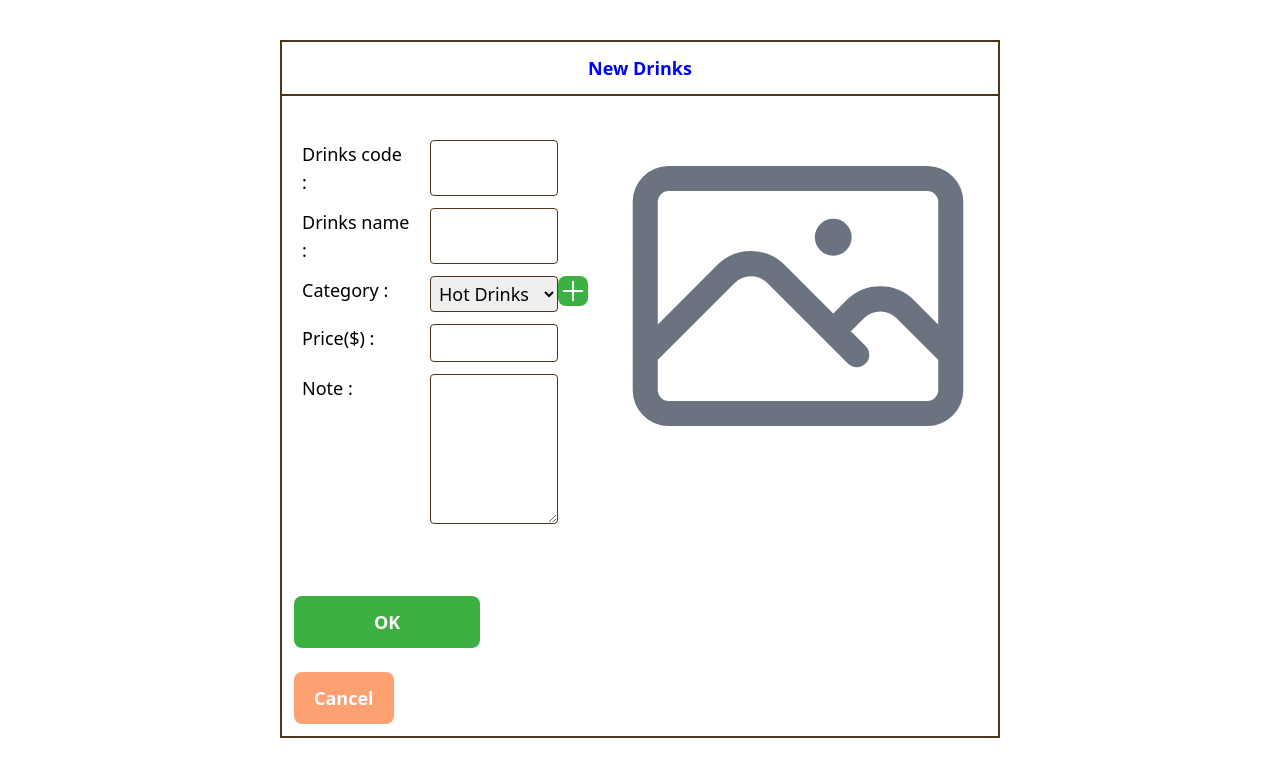
Repository: Dapravith/Midterm-SE-GIC-Cafe-Project-Group16
Page: bin/main/templates/addDrink.html
The author's editor kept a copy of each file at every save. The page is drawn from the files as they stood at one save, then again after the next save.
The browser window is 1280 px wide. The pictures show the whole page.
Some web libraries are served in a nearby version.

Above is the page before, as saved 2023-05-17 08:39:10.

### bin/main/templates/addDrink.html
<!DOCTYPE html>
<html lang="en">

<head>
    <meta charset="UTF-8">
    <meta http-equiv="X-UA-Compatible" content="IE=edge">
    <meta name="viewport" content="width=device-width, initial-scale=1.0">
    <title>Add New Drink</title>
    <script src="https://cdn.tailwindcss.com"></script>
    <style>
        * {
            margin: 0;
            padding: 0;
            box-sizing: border-box;
        }

        button:hover {
            box-shadow: 0 14px 15px 0 rgba(36, 149, 198, 0.921), 0 17px 60px 0 rgba(90, 81, 81, 0.19);
        }

        .text-center {
            color: blue;
            justify-content: center;
            font-weight: bold;
        }
    </style>
</head>

<body class="m-10 text-lg">
    <!-- CRUD PRODUCTS -->
    <div class="new_drink w-[60%] h-fit m-auto  border-[2px] border-solid border-[#4B371C] ">
        <div class="p-3 head">
            <h2 class="text-center">New Drinks</h2>
        </div>
        <div class="w-[100%] border-[1px] border-solid border-[#4B371C]"></div>
        <div class="flex">
            <div class="add_drink w-[60%]">
                <div class="py-3 ">
                    <form action="#" class="p-5 ">
                        <div class="grid grid-cols-2 mt-3">
                            <label class="mr-5" for="dcode">Drinks code :</label>
                            <input type="text" id="dcode" name="" class="p-1 border-[1px] border-solid border-[#4B371C] rounded" placeholder="">
                        </div>
                        <div class="grid grid-cols-2 mt-3">
                            <label class="mr-5" for="dname">Drinks name :</label>
                            <input type="text" id="dname" name="" class="p-1 border-[1px] border-solid border-[#4B371C] rounded" placeholder="">
                        </div>
                        <div class="grid grid-cols-2 mt-3">
                            <label class="mr-5" for="category">Category :</label>
                            <div class="flex justify-between">
                                <select type="add-item" id="category" name="" class="p-1 border-[1px] border-solid border-[#4B371C] rounded" placeholder="">
                                    <option value="1">Hot Drinks</option >
                                    <option value="2" >Cool Drinks</option >
                                    <option value="3" >Frappe</option >
                                    <option value="4" >Milk Tea</option >
                                </select>
                                <button id="add_category" class=" w-fit h-fit bg-[#3CB043] text-center text-white font-bold cursor-pointer duration-100 rounded-lg">
                                    <svg xmlns="http://www.w3.org/2000/svg" fill="none" viewBox="0 0 24 24" stroke-width="1.5" stroke="currentColor" class="w-[30px] h-[30px] " onclick="showPopup()">
                                        <path stroke-linecap="round" stroke-linejoin="round" d="M12 4.5v15m7.5-7.5h-15" />
                                    </svg>
                                </button>

                            </div>

                        </div>

                        <div class="grid grid-cols-2 mt-3">
                            <label class="mr-5" for="price">Price($) :</label>
                            <input name="" min="0" type="number" id="price" class="p-1 border-[1px] border-solid border-[#4B371C] rounded" placeholder="">
                        </div>
                        <div class="grid grid-cols-2 mt-3">
                            <label class="mr-5" for="note">Note :</label>
                            <textarea id="note" cols="50" rows="5" name="" class="p-1 w-full border-[1px] border-solid border-[#4B371C] rounded resize-x"> </textarea>
                        </div>
                    </form>
                </div>
                <br />
                <div>
                    <button class=" py-3 bg-[#3CB043] text-center text-white font-bold px-20 m-3 inline-block cursor-pointer duration-100 rounded-lg">OK</button>
                    <button class=" py-3 px-5 bg-[#FDA172] text-center text-white  font-bold p-3 m-3 inline-block cursor-pointer duration-100 rounded-lg">Cancel</button>
                </div>
            </div>
            <!-- images -->
            <div class="ml-5 img">
                <form action="#">
                    <input id="file-input" type="file" name="file" hidden accept="image/*">
                    <label for="file-input" class="cursor-pointer">
                        <div id="image-preview" class="w-[400px] h-fit p-3 border-[#4B371C]">
                            <svg xmlns="http://www.w3.org/2000/svg" fill="none" viewBox="0 0 24 24" stroke-width="1.6" stroke="currentColor" class="w-full h-full text-gray-500">
                                <path stroke-linecap="round" stroke-linejoin="round" d="M2.25 15.75l5.159-5.159a2.25 2.25 0 013.182 0l5.159 5.159m-1.5-1.5l1.409-1.409a2.25 2.25 0 013.182 0l2.909 2.909m-18 3.75h16.5a1.5 1.5 0 001.5-1.5V6a1.5 1.5 0 00-1.5-1.5H3.75A1.5 1.5 0 002.25 6v12a1.5 1.5 0 001.5 1.5zm10.5-11.25h.008v.008h-.008V8.25zm.375 0a.375.375 0 11-.75 0 .375.375 0 01.75 0z" />
                            </svg>
                        </div>
                    </label>
                </form>
            </div>
        </div>
    </div>
    </div>
    </div>
    </div>
    <!-- ADD NEW CATEGORY -->
    <div class="popup w-[100vw] h-[100vh] absolute top-[0] left-[0] bg-[#f1f1f199] hidden z-[100]">
        <main class="w-[20rem] absolute top-[50%] left-[50%] translate-x-[-50%] translate-y-[-50%]">
            <div class="none w-full h-fit m-auto  border-[2px] border-solid border-[#4B371C]">
                <div class="p-3 head">
                    <h2 class="text-center">New Category</h2>
                </div>
                <div class="w-[100%] border-[1px] border-solid border-[#4B371C]"></div>
                <div class="">
                    <form action="#" class="p-3 add_category">
                        <div class="grid grid-cols-2 mt-3">
                            <label for="gcode">Category code :</label>
                            <input type="text" id="dcode" name="" class="category_code border-[1px] border-solid border-[#4B371C] rounded" placeholder="" required>
                        </div>
                        <div class="grid grid-cols-2 mt-3">
                            <label for="gname">Category name :</label>
                            <input type="text" id="gname" name="" class="category_name border-[1px] border-solid border-[#4B371C] rounded" placeholder="" required>
                        </div>
                        <br />
                        <div class="flex">
                            <input id="okay" type="submit" value="OK" class=" py-3 bg-[#3CB043] text-center font-bold text-white px-16 in m-3 p-3 line-block cursor-pointer duration-100 rounded-lg">
                            <button class="cancel py-3 px-5 bg-[#FDA172] text-center font-bold text-white p-3 m-3 inline-block cursor-pointer duration-100 rounded-lg">Cancel</button>
                        </div>
                    </form>
                </div>
            </div>
        </main>

    </div>
    <script>
        const addNewCat = document.getElementById("add_category");
        const popup = document.querySelector(".popup");
        const form_add_category = document.querySelector(".add_category");
        const imagePreview = document.getElementById("image-preview");
        const fileInput = document.getElementById("file-input");

        addNewCat.addEventListener("click", showPopup);

        function showPopup() {
            popup.classList.remove("hidden");
        }

        form_add_category.addEventListener("submit", () => {
            clear();
            popup.classList.add("hidden");
        });

        document.querySelector(".cancel").addEventListener("click", () => {
            clear();
            popup.classList.add("hidden");
        });

        popup.addEventListener("click", (e) => {
            const target = e.target;

            if (target.classList.contains("popup")) {
                clear();
                popup.classList.add("hidden");
            }
        });

        function readImage(input) {
            if (input.files && input.files[0]) {
                const reader = new FileReader();

                reader.onload = function(e) {
                    const fileName = input.files[0].name;

                    imagePreview.innerHTML = `
                  <div class="image-container">
                    <img src="${e.target.result}" alt="Category Image">
                    <p class="image-name">${fileName}</p>
                    <button class="flex inline-flex items-center px-4 py-2 text-sm font-medium text-white bg-red-700 rounded-md item-center hover:bg-red-900">
                        <svg xmlns="http://www.w3.org/2000/svg" class="w-5 h-5 mr-2" fill="none" viewBox="0 0 24 24" stroke="currentColor">
                          <path stroke-linecap="round" stroke-linejoin="round" stroke-width="2" d="M19 7l-.867 12.142A2 2 0 0116.138 21H7.862a2 2 0 01-1.995-1.858L5 7m5 4v6m4-6v6m1-10V4a1 1 0 00-1-1h-4a1 1 0 00-1 1v3M4 7h16" />
                        </svg>

                        Delete
                      </button>
                  </div>
                `;

                    const deleteButton = imagePreview.querySelector(".delete-image");
                    deleteButton.addEventListener("click", () => {
                        clearImagePreview();
                    });
                };

                reader.readAsDataURL(input.files[0]);
            }
        }



        fileInput.addEventListener("change", function() {
            readImage(this);
        });

        function clear() {
            document.getElementById("dcode").value = "";
            document.getElementById("gname").value = "";
            fileInput.value = "";
            clearImagePreview();
        }

        function clearImagePreview() {
            const imageContainer = document.querySelector(".image-container");
            if (imageContainer) {
                imageContainer.remove();
            }
        }
    </script>
</body>

</html>

After the next save:
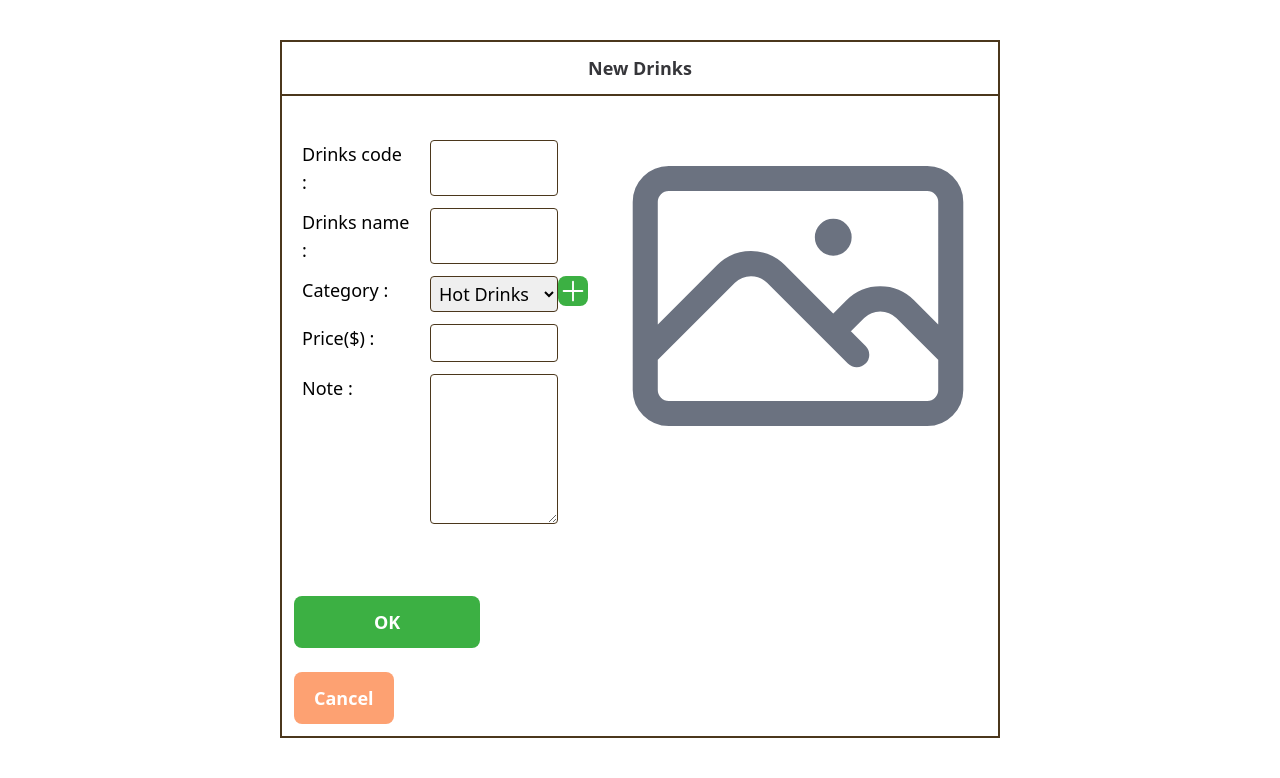
Saved 13 s later.
--- a/bin/main/templates/addDrink.html
+++ b/bin/main/templates/addDrink.html
@@ -19,7 +19,7 @@
         }
 
         .text-center {
-            color: blue;
+            color: rgb(54, 54, 58);
             justify-content: center;
             font-weight: bold;
         }
